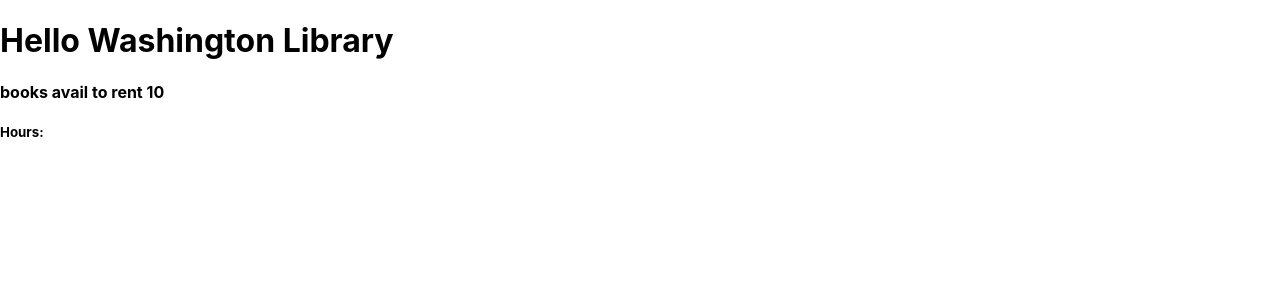
Repository: CaptainStorm21/intro-react-hooks
Page: /
An editor plug-in stored every save of this project. The page is shown before and after the next save, followed by the edit.
The browser window is 1280 px wide. The pictures show the whole page.
The project was rebuilt for these pictures with package versions that can differ from the ones it lists, and the page was loaded fresh each time.

Above is the page before, as saved 2020-05-24 22:14:51.

### src/index.js
import React from "react";
import ReactDOM from "react-dom";
import "./index.css";

import * as serviceWorker from "./serviceWorker";

function Hello({ library, message, books }) {
  return (
    <div>
      <h1>Hello {library}</h1>
      <h4>books avail to rent {books}</h4>
      <h5>Hours: </h5>
    </div>
  )
}



// function Hello(props) {
//   console.log(props);
//   console.log(Object.keys(props));
//   return (
//     <div>
//       <h1>Hello from {props.library}</h1>
//       <h3>{props.message}</h3>
//       <h4> books available to rent - {props.books}</h4>
//       <h5>Props used - {Object.keys(props).length}</h5>
//     </div>
//   )
// }

// function Hello() {
//   return (
//     <div>
//       <p> rendering is happening </p>
//       <h1>Hello world!</h1>
//     </div>
//   )
// }
ReactDOM.render(
  //  React.createElement("h1", null, "Hello"),
  // React.createElement("h1", { style: { color: "red" } }, "Hello"),
  // React.createElement("div", { style: { color: "blue" } },
  // React.createElement("h1", null, "Morning")  ),
  // <ul>
  //   <li>Pizza</li>
  //   <li>Sushi</li>
  // </ul>,
  // /* <Hello></Hello>, */
  <Hello library="Washington Library" message="Open for all " books={10}/>,
  document.getElementById("root")
);

Loaded but not shown: public/index.html (common file); src/index.css (common file); src/serviceWorker.js (common file)

After the next save:
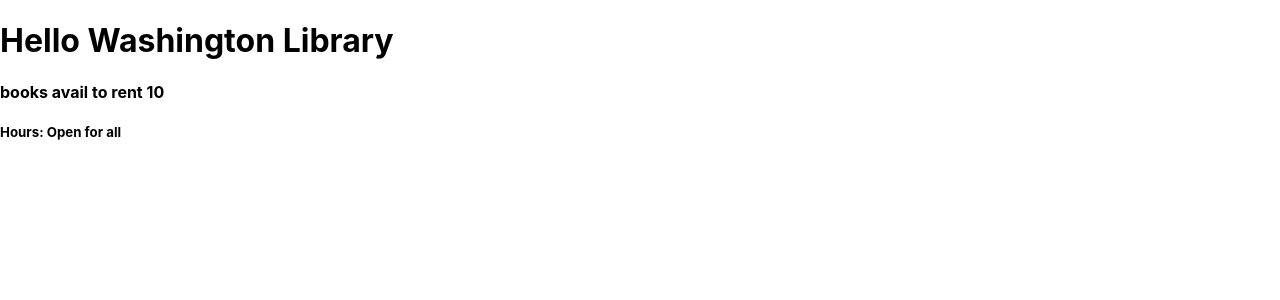
Saved 4 s later.
--- a/src/index.js
+++ b/src/index.js
@@ -9,7 +9,7 @@ function Hello({ library, message, books }) {
     <div>
       <h1>Hello {library}</h1>
       <h4>books avail to rent {books}</h4>
-      <h5>Hours: </h5>
+      <h5>Hours: {message}</h5>
     </div>
   )
 }
